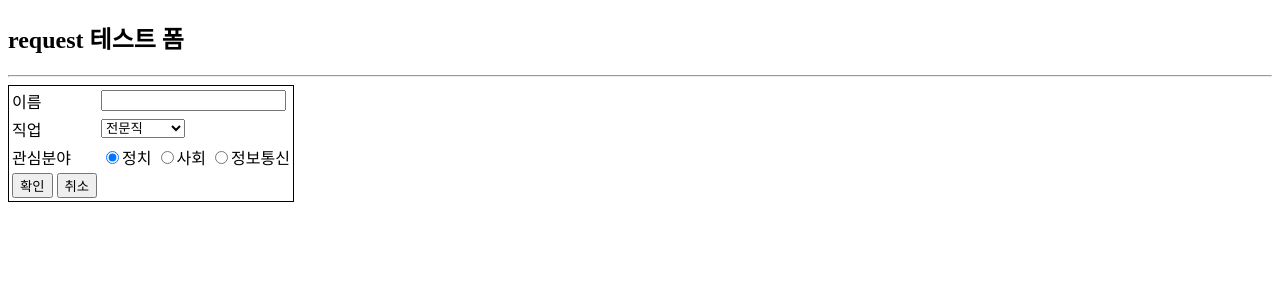
Repository: jemin7709/InternetProgramming2
Page: Pj/WebContent/request_test.html
These files come from the project's save history. The page is drawn as it stood at one moment and after the next save; the edit follows.
The browser window is 1280 px wide. The pictures show the whole page.

Above is the page before, as saved 2021-05-13 13:52:53.

### Pj/WebContent/request_test.html
<!DOCTYPE html>
<html>
<head>
<meta charset="UTF-8">
<title>Insert title here</title>
</head>
<body>
<h2>request 테스트 폼</h2>
<hr>
<form method="post" action="request_test.jsp">
<table style="border: 1px solid;">
		<tr>
			<td>이름</td>
			<td><input type="text" name="name"></td>
		</tr>
		<tr>
			<td>직업</td>
			<td><select name="job">
				<option value="전문직" selected="selected">전문직</option>
				<option value="계약직">계약직</option>
				<option value="아르바이트">아르바이트</option>
			</select></td>
		</tr>
		<tr>
			<td>관심분야</td>
			<td>
				<input type="radio" name="category" value="정치" checked="checked">정치
				<input type="radio" name="category" value="사회">사회
				<input type="radio" name="category" value="정보통신">정보통신
			</td>
		</tr>
		<tr>
			<td>
				<input type="submit" value="확인">
				<input type="reset" value="취소">
			</td>
		</tr>
</table>
</form>
</body>
</html>

After the next save:
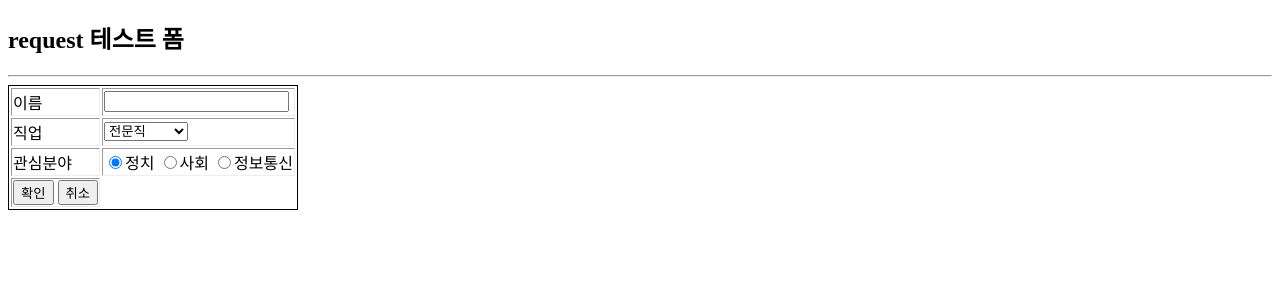
Saved 15 s later.
--- a/Pj/WebContent/request_test.html
+++ b/Pj/WebContent/request_test.html
@@ -8,7 +8,7 @@
 <h2>request 테스트 폼</h2>
 <hr>
 <form method="post" action="request_test.jsp">
-<table style="border: 1px solid;">
+<table border="1" style="border: 1px solid;">
 		<tr>
 			<td>이름</td>
 			<td><input type="text" name="name"></td>
